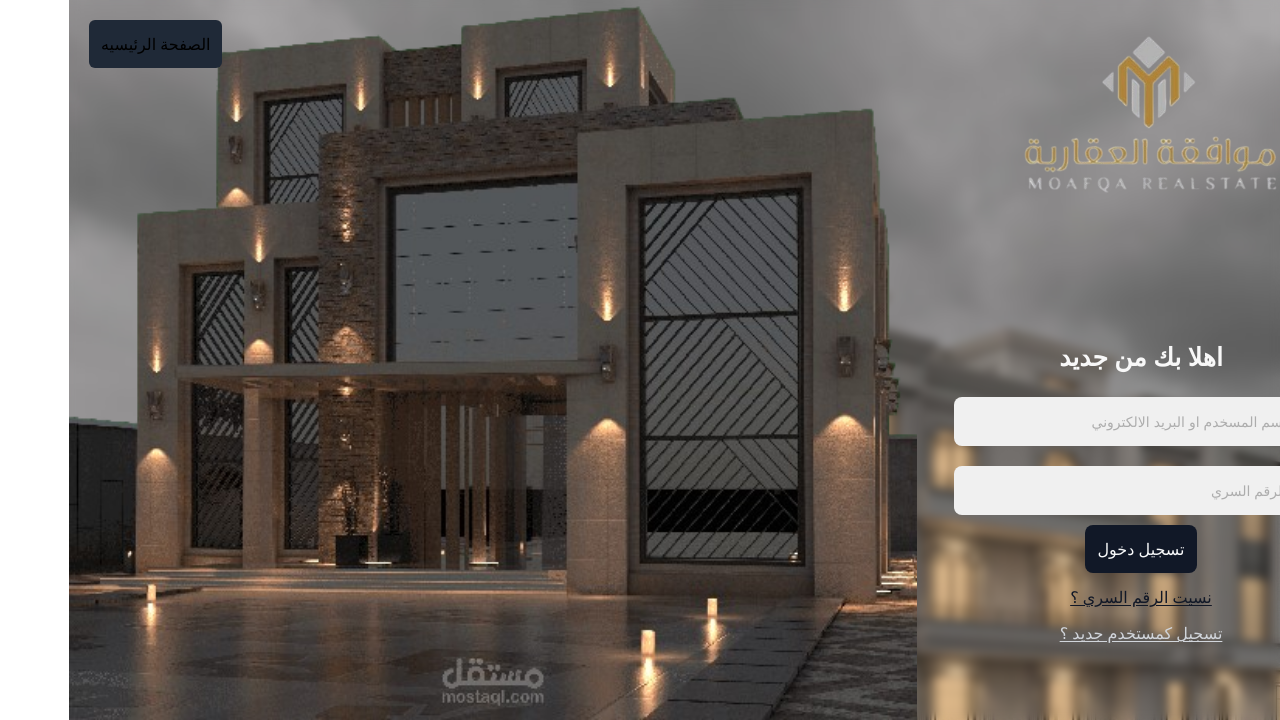
Repository: EslamKhial1997/immovables
Page: /auth
An editor plug-in stored every save of this project. The page is shown before and after the next save, followed by the edit.
The browser window is 1280 px wide. The pictures show the whole page.
Some web libraries are served in a nearby version. The project was rebuilt for these pictures with package versions that can differ from the ones it lists, and the page was loaded fresh each time. Also part of the build but not shown: vite.config.js, src/Components/layout/Navbar.jsx, src/Components/contents/OurProjects.jsx, src/Components/contents/OurAchievements.jsx, src/Components/layout/Footer.jsx, src/Components/contents/home/Slider.jsx, src/Components/contents/home/Blogs.jsx, src/App.jsx and 6 more.

Above is the page before, as saved 2024-07-27 00:31:36.

After the next save:
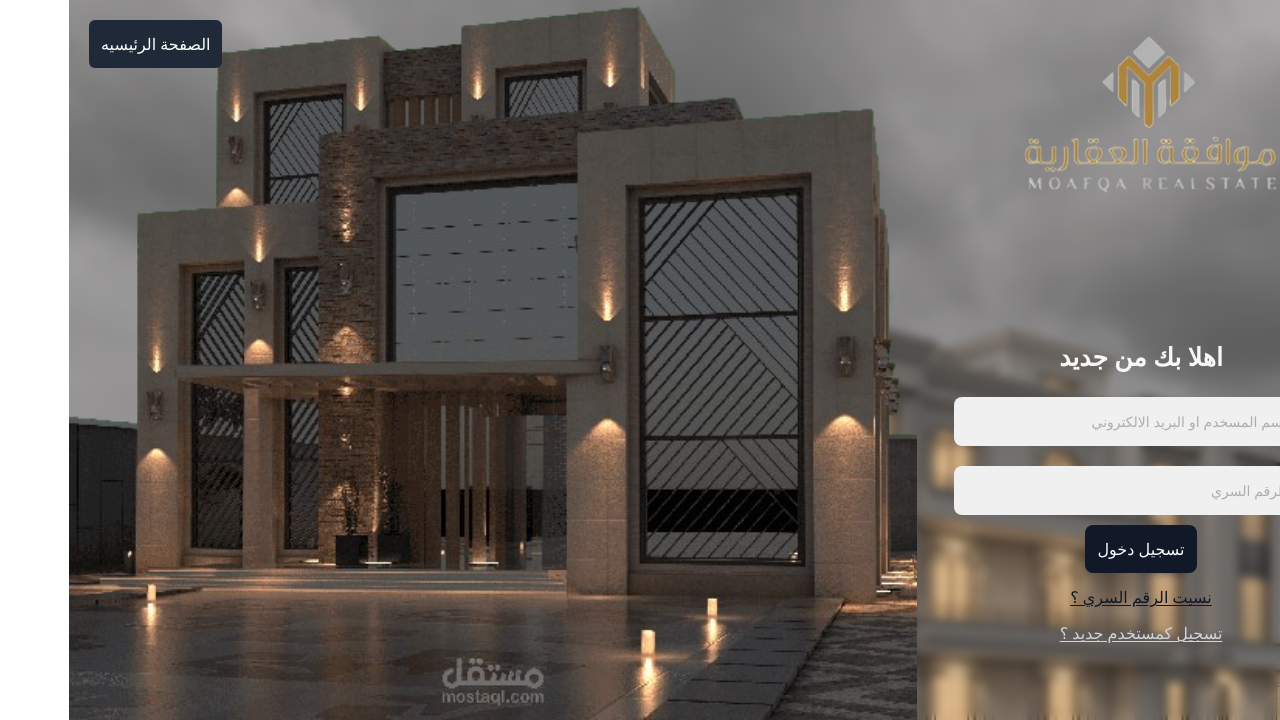
Saved 4 s later.
--- a/src/Components/auth/Auth.jsx
+++ b/src/Components/auth/Auth.jsx
@@ -10,7 +10,7 @@ const Auth = () => {
         backgroundRepeat: "no-repeat",
       }}
     >
-       <button className="fixed z-40 top-5 left-5 bg-gray-800 text- rounded-md p-3">الصفحة الرئيسيه</button>
+       <button className="fixed z-40 top-5 left-5 bg-gray-800 text-white rounded-md p-3">الصفحة الرئيسيه</button>
       <Outlet />
     </div>
   );
